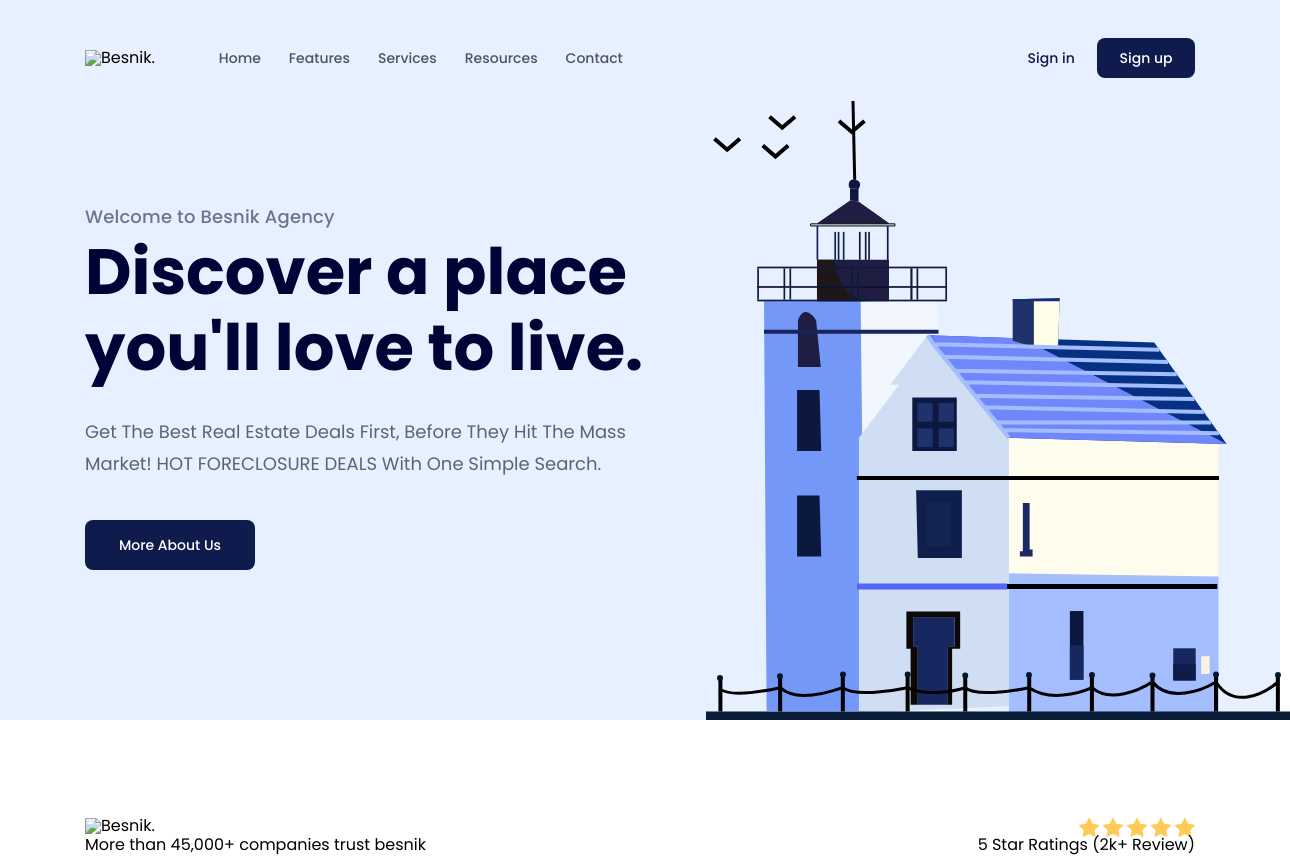
Repository: Phu2992/htmlcss-f8-01
Page: index.html
These files come from the project's save history. The page is drawn as it stood at one moment and after the next save; the edit follows.
The browser window is 1280 px wide. The page is 1290 px wide, so the pictures cover 1290 px, including what lies to the right of the window. The pictures show the whole page.

Above is the page before, as saved 2024-09-26 21:13:56.

### index.html
<!DOCTYPE html>
<html lang="en">
    <head>
        <meta charset="UTF-8" />
        <meta name="viewport" content="width=device-width, initial-scale=1.0" />
        <link rel="stylesheet" href="./assets/css/reset.css" />
        <link rel="preconnect" href="https://fonts.googleapis.com" />
        <link rel="preconnect" href="https://fonts.gstatic.com" crossorigin />
        <link
            href="https://fonts.googleapis.com/css2?family=Poppins:ital,wght@0,100;0,200;0,300;0,400;0,500;0,600;0,700;0,800;0,900;1,100;1,200;1,300;1,400;1,500;1,600;1,700;1,800;1,900&display=swap"
            rel="stylesheet"
        />
        <!-- <link rel="stylesheet" href="./assets/fonts/stylesheet.css" /> -->
        <link rel="stylesheet" href="./assets/css/styles.css" />
        <title>F8-Project-1</title>
    </head>
    <body>
        <main>
            <!-- Header -->
            <header class="header">
                <div class="content">
                    <!-- navigation-bar -->
                    <nav class="navbar">
                        <img src="./assets/img/logo.svg" alt="Besnik." />
                        <ul>
                            <li><a href="#!">Home</a></li>
                            <li><a href="#!">Features</a></li>
                            <li><a href="#!">Services</a></li>
                            <li><a href="#!">Resources</a></li>
                            <li><a href="#!">Contact</a></li>
                        </ul>
                        <div class="action">
                            <a href="#!" class="action-link">Sign in</a>
                            <a href="#!" class="btn">Sign up</a>
                        </div>
                    </nav>
                    <!-- Hero -->
                    <div class="hero">
                        <!-- hero-info -->
                        <div class="info">
                            <p class="sub-title">Welcome to Besnik Agency</p>
                            <h1 class="title">
                                Discover a place you'll love to live.
                            </h1>
                            <p class="desc">
                                get the best real estate deals first, before
                                they hit the mass market! HOT FORECLOSURE DEALS
                                with one simple search.
                            </p>
                            <a href="" class="btn">More About Us</a>
                        </div>
                        <!-- hero-image -->
                        <img
                            class="hero-img"
                            src="./assets/img/hero-img.svg"
                            alt=" Discover a place you'll love to live."
                        />
                    </div>
                </div>
            </header>
            <!-- ==========Logo=========== -->
            <div class="clients">
                <div class="content">
                    <div class="logo-row row1">
                        <img
                            src="./assets/img/logo.svg"
                            alt="Besnik."
                            class="logo"
                        />
                        <img
                            src="./assets/img/star.svg"
                            alt="Star"
                            class="star"
                        />
                    </div>
                    <div class="logo-row row2">
                        <p>More than 45,000+ companies trust besnik</p>
                        <p>5 Star Ratings (2k+ Review)</p>
                    </div>
                </div>
            </div>
        </main>
    </body>
</html>

### assets/css/styles.css
* {
    box-sizing: border-box;
}

:root {
    --primari-color: #0f1b4c;
}

html {
    font-size: 62.5%;
}

body {
    font-size: 1.6rem;
    font-family: "Poppins", sans-serif;
}

/* common */
.content {
    width: 1110px;
    max-width: calc(100% - 48px);
    margin-left: auto;
    margin-right: auto;
}

a {
    text-decoration: none;
}

.header {
    background-color: #e6f0ff;
    height: 100vh;
    position: relative;
}

.btn {
    display: inline-block;
    padding: 18px 16px;
    min-width: 98px;
    border-radius: 8px;
    background: var(--primari-color);
    color: #ffffff;
    text-align: center;
    font-size: 1.4rem;
    font-weight: 500;
}

.btn:hover {
    opacity: 0.9;
}

/* Header-Navigation */
.navbar {
    display: flex;
    align-items: center;
    padding-top: 38px;
}

.navbar ul {
    display: flex;
    margin-left: 50px;
}

.navbar ul a {
    color: #4f5361;
    font-size: 1.4rem;
    font-weight: 500;
    padding: 8px 14px;
}

.navbar ul a:hover {
    text-decoration: underline;
}

.navbar .action {
    margin-left: auto;
}

.navbar .action-link {
    color: var(--primari-color);
    font-size: 1.4rem;
    font-weight: 500;
}

.navbar .action .btn {
    padding: 13px 16px;
    margin-left: 18px;
}

/* Header-Hero */
.hero {
    margin-top: 130px;
}

.hero .info {
    width: 50.3%;
}
.hero .sub-title {
    color: #687690;
    font-size: 1.8rem;
    font-weight: 500;
    letter-spacing: 0.01em;
}

.hero .title {
    margin-top: 8px;
    color: #000336;
    font-size: 6.4rem;
    font-style: normal;
    font-weight: 700;
    line-height: 1.1875;
}

.hero .desc {
    margin-top: 30px;
    color: #5a6473;
    font-size: 1.8rem;
    font-style: normal;
    font-weight: 400;
    line-height: 1.77778;
    text-transform: capitalize;
}

.hero .btn {
    margin-top: 40px;
    min-width: 170px;
}

.hero .hero-img {
    position: absolute;
    bottom: 0;
    right: calc((100vw - 1100px) / 2 - 100px);
}

/* ===============Client============== */
.clients {
    margin-top: 98px;
}

.logo-row {
    display: flex;
    justify-content: space-between;
}

.logo-row .logo-img {
    /* margin-top: 98px; */
}

Loaded but not shown: assets/css/reset.css (common file)

After the next save:
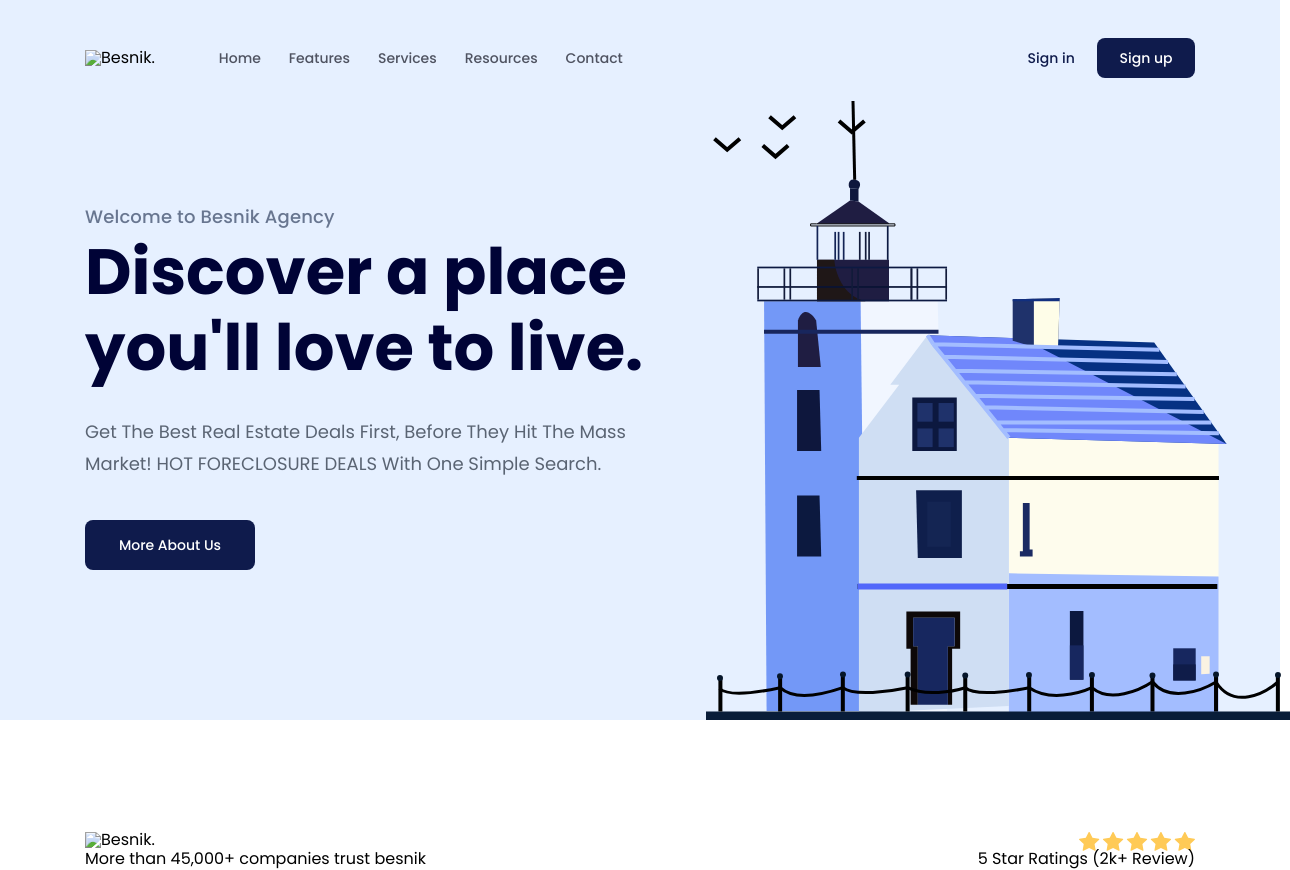
Saved 89 s later.
--- a/assets/css/styles.css
+++ b/assets/css/styles.css
@@ -134,7 +134,7 @@
 
 /* ===============Client============== */
 .clients {
-    margin-top: 98px;
+    margin-top: 112px;
 }
 
 .logo-row {
